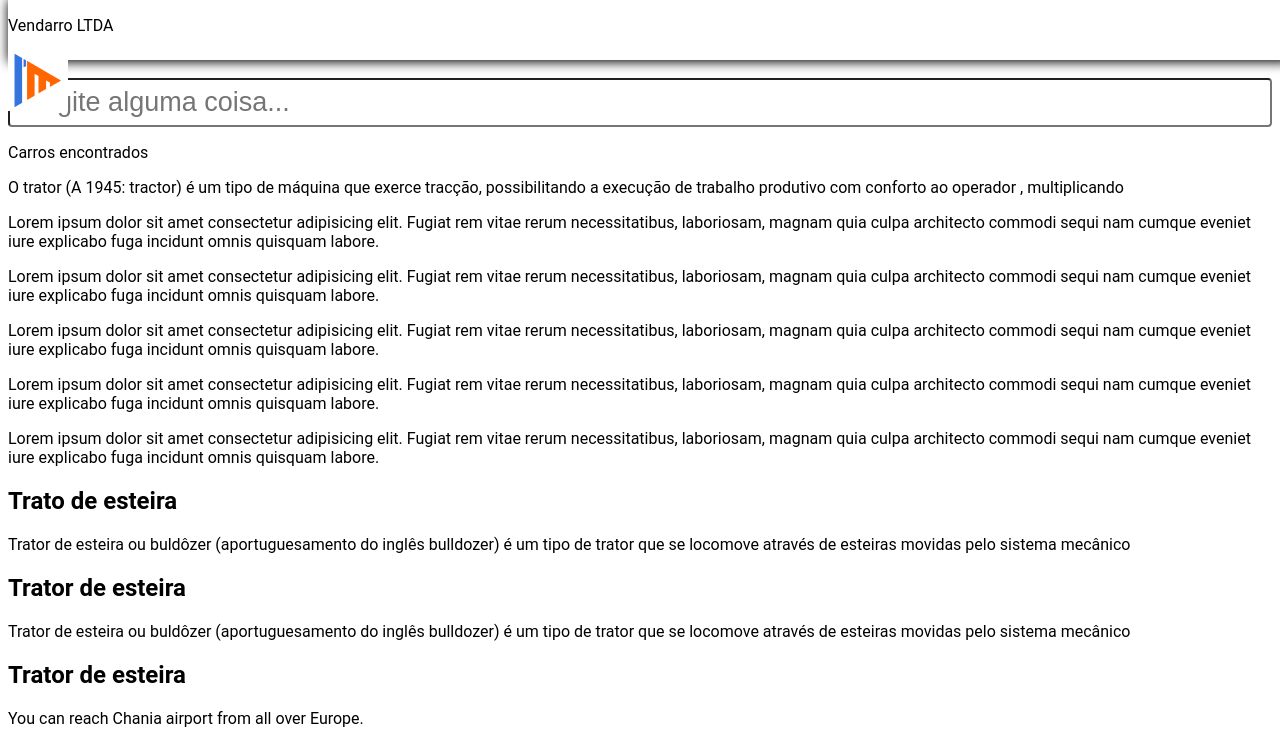
Repository: ecrseer/pesquisa-carros-html
Page: index.html
These files come from the project's save history. The page is drawn as it stood at one moment and after the next save; the edit follows.
The browser window is 1280 px wide. The pictures show the whole page.

Above is the page before, as saved 2022-01-21 16:58:30.

### index.html
<!doctype html>

<html lang="pt-br">
  <html lang="pt-br">
    <head>
        <meta charset="UTF-8"/>
        <meta name="viewport" content="width=device-width,
        initial-scale=1.0"/>
        <meta http-equiv="X-UA-Compatible" content="ie=edge">
        <title>Vendarro LTDA</title>

  <link rel="stylesheet" href="index.css">

</head>

<body>
    <nav class="header">


        <p>Vendarro LTDA</p>

      <img src="./imgs/logo.png" alt="">

      </nav>
      <div class="">
        <div class="espaco"></div>
        <div class="row">
               <input type="text" class="maxwidth borda-redonda"
               placeholder="Digite alguma coisa...">
        </div>


        <div class="row">
          <p>Carros encontrados</p>
          <p>O trator (A 1945: tractor) é um tipo de máquina que exerce tracção,
             possibilitando a execução de trabalho produtivo com conforto ao operador
             , multiplicando </p>
             <p>Lorem ipsum dolor sit amet consectetur adipisicing elit. Fugiat rem vitae rerum necessitatibus, laboriosam, magnam quia culpa architecto commodi sequi nam cumque eveniet iure explicabo fuga incidunt omnis quisquam labore.</p>
             <p>Lorem ipsum dolor sit amet consectetur adipisicing elit. Fugiat rem vitae rerum necessitatibus, laboriosam, magnam quia culpa architecto commodi sequi nam cumque eveniet iure explicabo fuga incidunt omnis quisquam labore.</p>
             <p>Lorem ipsum dolor sit amet consectetur adipisicing elit. Fugiat rem vitae rerum necessitatibus, laboriosam, magnam quia culpa architecto commodi sequi nam cumque eveniet iure explicabo fuga incidunt omnis quisquam labore.</p>
             <p>Lorem ipsum dolor sit amet consectetur adipisicing elit. Fugiat rem vitae rerum necessitatibus, laboriosam, magnam quia culpa architecto commodi sequi nam cumque eveniet iure explicabo fuga incidunt omnis quisquam labore.</p>
             <p>Lorem ipsum dolor sit amet consectetur adipisicing elit. Fugiat rem vitae rerum necessitatibus, laboriosam, magnam quia culpa architecto commodi sequi nam cumque eveniet iure explicabo fuga incidunt omnis quisquam labore.</p>
        </div>

        <div class="col-3 col-s-12">
          <div class="aside">
            <h2>Trato de esteira</h2>
            <p>Trator de esteira ou buldôzer (aportuguesamento do inglês bulldozer) é um tipo de trator que se locomove através de esteiras movidas pelo sistema mecânico</p>
            <h2>Trator de esteira</h2>
            <p>Trator de esteira ou buldôzer (aportuguesamento do inglês bulldozer) é um tipo de trator que se locomove através de esteiras movidas pelo sistema mecânico</p>
            <h2>Trator de esteira</h2>
            <p>You can reach Chania airport from all over Europe.</p>

          </div>
        </div>


      </div>

  <script src="scripts.js"></script>

</body>
</html>

### index.css
* {
    box-sizing: border-box;
    --topbar-altura:60px;
  }

  html {
    font-family: "Roboto","Lucida Sans", sans-serif;
  }
  .espaco{
    height: calc(var(--topbar-altura) + 10px);
  }
  .maxwidth{
    width: 100%;
  }
  .borda-redonda{
    border-radius: 4px;
  }
  input{
    padding: 1vh;
    padding-left: 3vh;
    font-size: 27px;
  }

  .header {
    background: white;
    position: fixed;
    top:0;
    width: 100%;
    max-height: var(--topbar-altura);
    box-shadow: 1px 1px 11px 1px;
  }

### scripts.js
function recurs(nmbr){

    if (nmbr==1)
    return 1;
    else
    arr.push(3*recurs(nmbr-1));
}

let
    isWhite = false,
    arr=[];
    let
    fixo=new Array(5);

    fixo[0]='E';
    fixo[4]='S';
    console.log(fixo);


function changeTheme(){
    isWhite ? document.querySelector("body").style.backgroundColor='#010101' :
    document.querySelector("body").style.backgroundColor='#fff';

    isWhite= !isWhite;

    function hapn(){
        console.log('data');
    }

    console.log(arr);
}

After the next save:
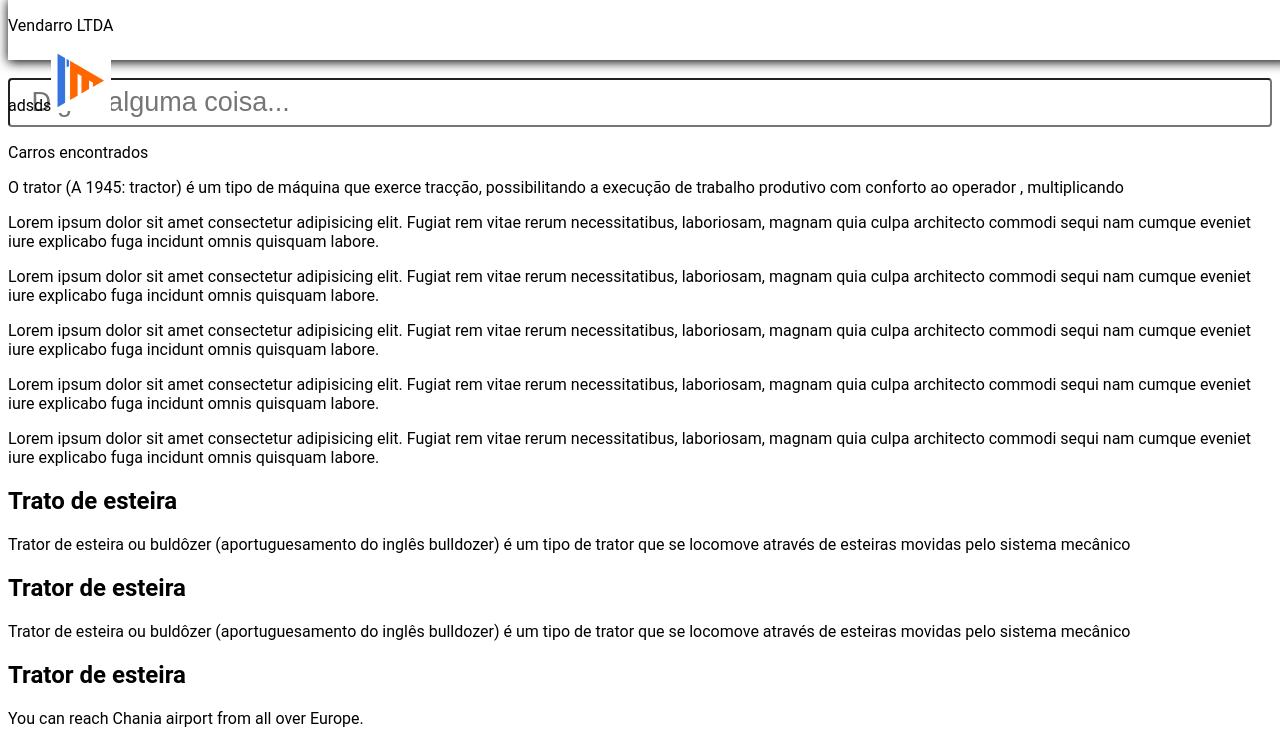
Saved 4 s later.
--- a/index.html
+++ b/index.html
@@ -19,7 +19,7 @@
 
         <p>Vendarro LTDA</p>
 
-      <img src="./imgs/logo.png" alt="">
+      adsds<img src="./imgs/logo.png" alt="">
 
       </nav>
       <div class="">

After the 5 saves that followed:
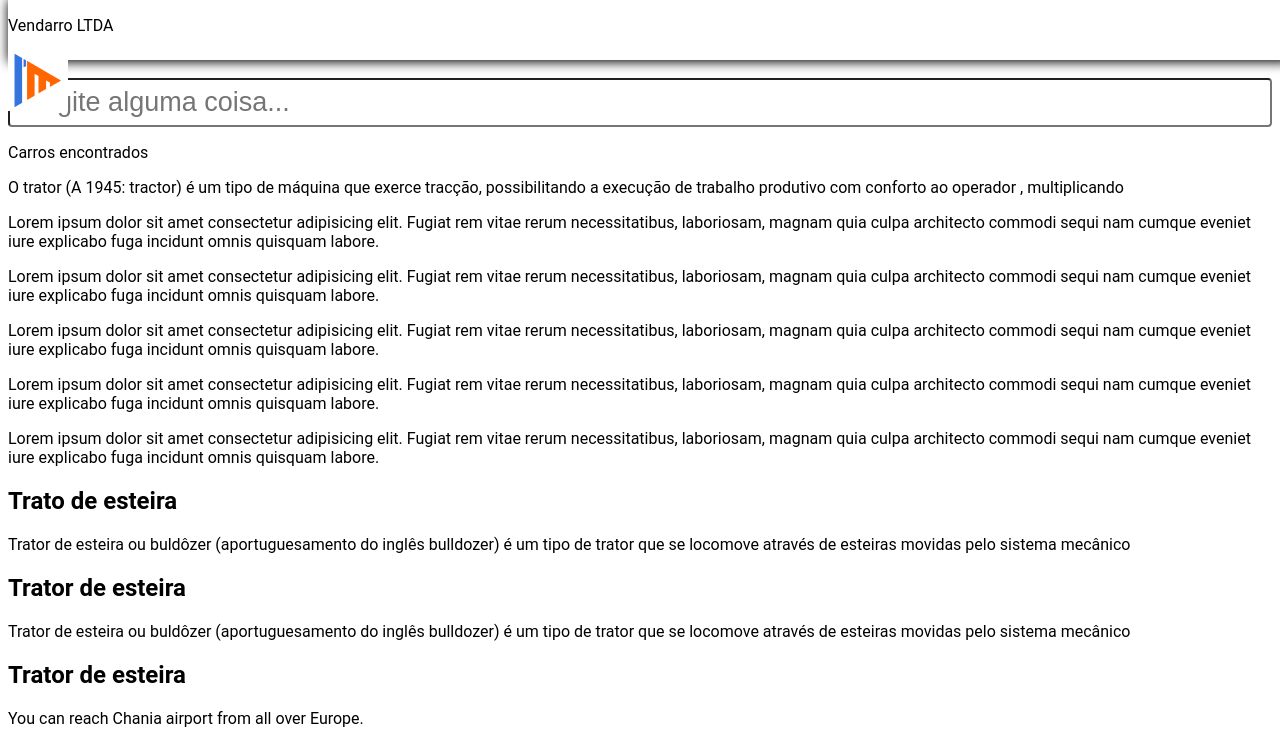
The 5 saves are shown as one change because they came seconds apart.
The last was saved 11 s later.
--- a/index.html
+++ b/index.html
@@ -19,7 +19,7 @@
 
         <p>Vendarro LTDA</p>
 
-      adsds<img src="./imgs/logo.png" alt="">
+      <img src="./imgs/logo.png" alt="">
 
       </nav>
       <div class="">
